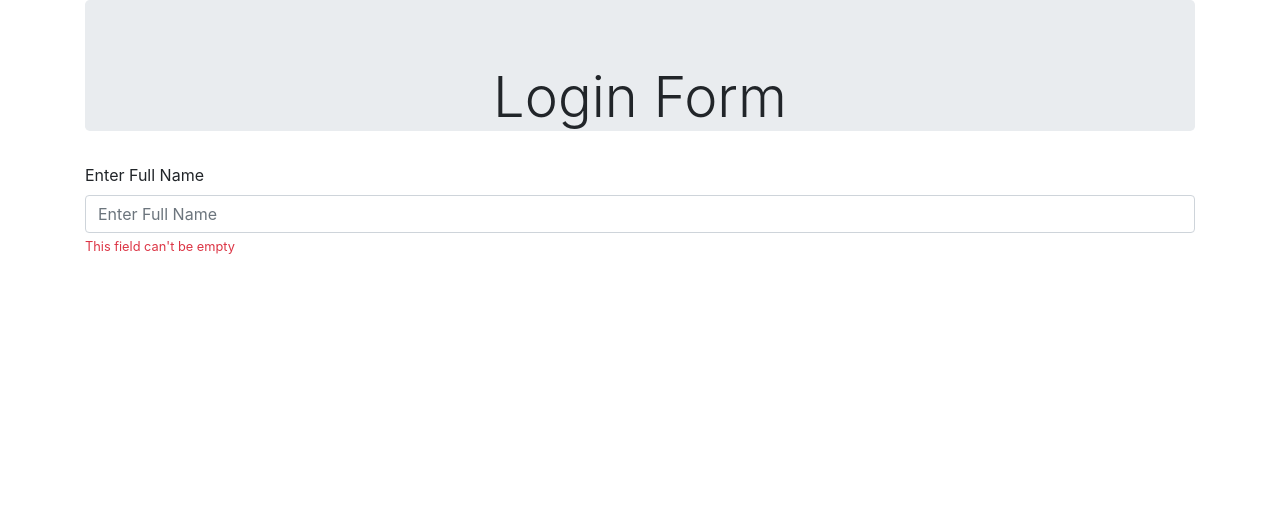
Repository: amar468S/Ng-templateDrivenForm
Page: /
An editor plug-in stored every save of this project. The page is shown before and after the next save, followed by the edit.
The browser window is 1280 px wide. The pictures show the whole page.
Some web libraries are served in a nearby version. The project was rebuilt for these pictures with package versions that can differ from the ones it lists, and the page was loaded fresh each time. Also part of the build but not shown: angular.json.

Above is the page before, as saved 2019-02-03 15:46:01.

### src/index.html
<!doctype html>
<html lang="en">
<head>
  <meta charset="utf-8">
  <title>NgTemplateForms</title>
  <base href="/">

  <meta name="viewport" content="width=device-width, initial-scale=1">
  <link rel="icon" type="image/x-icon" href="favicon.ico">
  <!-- CSS -->
  <link rel="stylesheet" href="https://stackpath.bootstrapcdn.com/bootstrap/4.2.1/css/bootstrap.min.css" integrity="sha384-GJzZqFGwb1QTTN6wy59ffF1BuGJpLSa9DkKMp0DgiMDm4iYMj70gZWKYbI706tWS" crossorigin="anonymous">

  <!-- JS -->
  <script src="https://code.jquery.com/jquery-3.3.1.slim.min.js" integrity="sha384-q8i/X+965DzO0rT7abK41JStQIAqVgRVzpbzo5smXKp4YfRvH+8abtTE1Pi6jizo" crossorigin="anonymous"></script>
  <script src="https://cdnjs.cloudflare.com/ajax/libs/popper.js/1.14.6/umd/popper.min.js" integrity="sha384-wHAiFfRlMFy6i5SRaxvfOCifBUQy1xHdJ/yoi7FRNXMRBu5WHdZYu1hA6ZOblgut" crossorigin="anonymous"></script>
  <script src="https://stackpath.bootstrapcdn.com/bootstrap/4.2.1/js/bootstrap.min.js" integrity="sha384-B0UglyR+jN6CkvvICOB2joaf5I4l3gm9GU6Hc1og6Ls7i6U/mkkaduKaBhlAXv9k" crossorigin="anonymous"></script>

</head>
<body>
  <app-root></app-root>
</body>
</html>

### src/app/app.component.html
<div class="container">
    <div class="jumbotron pb-0">
      <p class="display-4 text-center mb-0">Login Form</p>
    </div>

  <form>
      <div class="form-group">
          <label>Enter Full Name</label>
          <input type="text" class="form-control" placeholder="Enter Full Name">
          <small class="form-text text-danger">This field can't be empty</small>
        </div>
  </form>

</div>

Loaded but not shown: src/styles.css (common file); src/main.ts (common file); src/app/app.module.ts (common file); src/environments/environment.ts (common file); src/app/app.component.ts (common file); src/app/app.component.css (no stored copy; drawn as an empty file)

After the next save:
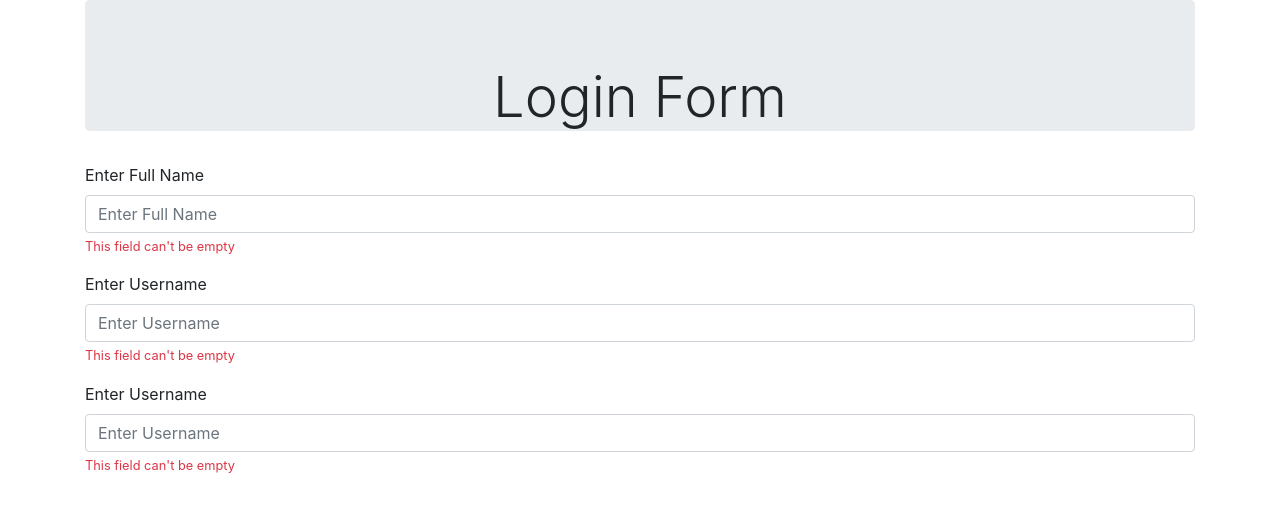
Saved 72 s later.
--- a/src/app/app.component.html
+++ b/src/app/app.component.html
@@ -8,7 +8,17 @@
           <label>Enter Full Name</label>
           <input type="text" class="form-control" placeholder="Enter Full Name">
           <small class="form-text text-danger">This field can't be empty</small>
-        </div>
+      </div>
+      <div class="form-group">
+          <label>Enter Username</label>
+          <input type="text" class="form-control" placeholder="Enter Username">
+          <small class="form-text text-danger">This field can't be empty</small>
+      </div>
+      <div class="form-group">
+          <label>Enter Username</label>
+          <input type="text" class="form-control" placeholder="Enter Username">
+          <small class="form-text text-danger">This field can't be empty</small>
+      </div>
   </form>
 
 </div>
